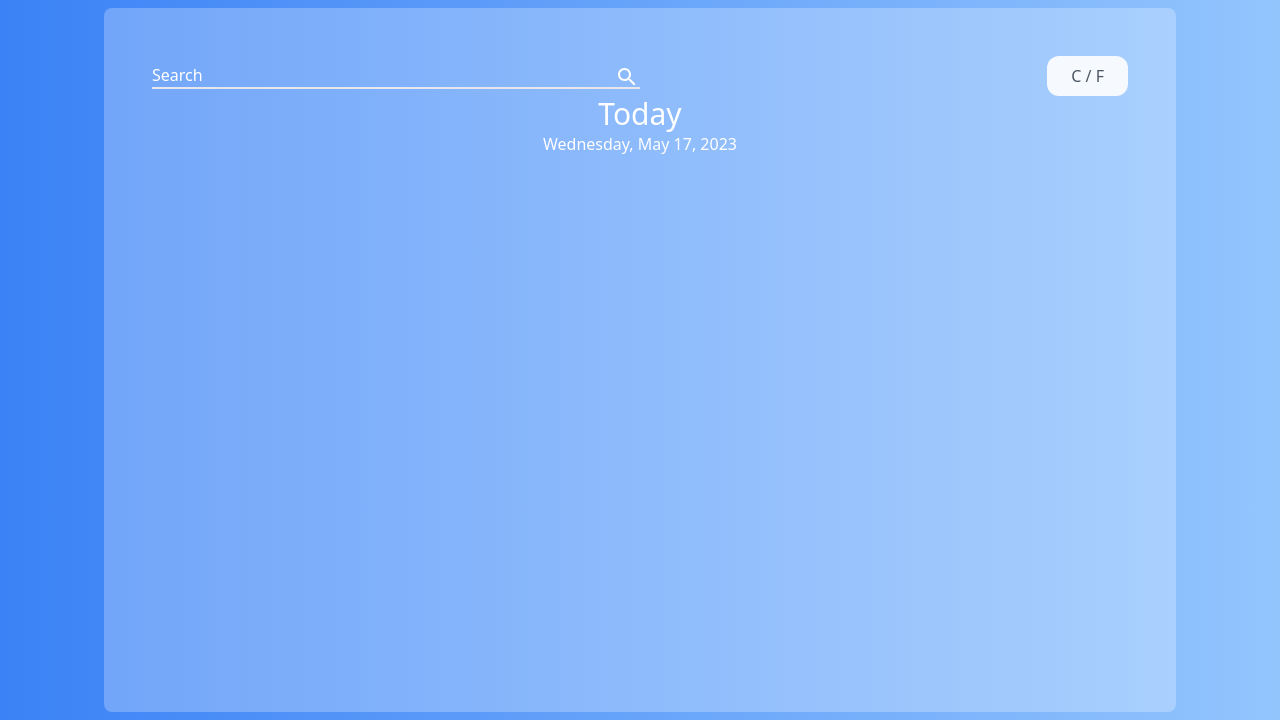
Repository: DevAntonioRogers/react-weatherapp-v2
Page: /
The author's editor kept a copy of each file at every save. The page is drawn from the files as they stood at one save, then again after the next save.
The browser window is 1280 px wide. The pictures show the whole page.
The project was rebuilt for these pictures with package versions that can differ from the ones it lists, and the page was loaded fresh each time. The framework's server and built-in components were replaced by stand-ins that run in the browser. Also part of the build but not shown: next.config.js.

Above is the page before, as saved 2023-05-20 00:00:27.

### app/layout.tsx
import "./globals.css";
import { Inter } from "next/font/google";

export const metadata = {
  title: "Create Next App",
  description: "Generated by create next app",
};

export default function RootLayout({ children }: { children: React.ReactNode }) {
  return (
    <html lang="en">
      <body>{children}</body>
    </html>
  );
}

### app/page.tsx
"use client";

import Conversion from "./components/Conversion";
import Current from "./components/Current";
import Input from "./components/Input";

import { useState } from "react";

export default function Home() {
  const [data, setData] = useState({});
  const [location, setLocation] = useState("");
  const [error, setError] = useState("");

  const url = `http://api.weatherapi.com/v1/forecast.json?key=538023bd3c43455084733202231905&q=${location}&days=7&aqi=yes&alerts=yes
  `;

  const handleSearch = async (e) => {
    if (e.key === "Enter") {
      e.preventDefault();
      try {
        const response = await fetch(url);
        if (!response.ok) {
          throw new Error();
        }
        const data = await response.json();
        setData(data);
        setLocation("");
        setError("");
      } catch (error) {
        setError("City not found");
        setData({});
      }
    }
  };

  return (
    <div className="flex justify-center p-2 bg-cover h-screen bg-gradient-to-r from-blue-500 to-blue-300">
      <div className="bg-white/25 mx-24 w-full rounded-lg p-12 flex flex-col">
        {/* SEARCH AND DEGREE CONVERSION */}
        <div className="flex justify-between items-center">
          <Input handleSearch={handleSearch} location={location} setLocation={setLocation} />
          <Conversion />
        </div>

        {/* CURRENT WEATHER SECTION */}
        <Current data={data} />
      </div>
    </div>
  );
}

### app/components/Conversion.tsx
import React from "react";

const Conversion = () => {
  return (
    <div className="">
      <button className="rounded-xl bg-white/90 px-6 py-2 text-gray-600">C / F</button>
    </div>
  );
};

export default Conversion;

### app/components/Current.tsx
import { getCurrentDate } from "../utils/currentDate";
import LocationOnIcon from "@mui/icons-material/LocationOn";

const Current = ({ data }) => {
  const weatherIcon = data.current ? data.current.condition.icon : null;
  const currentDate = getCurrentDate();
  return (
    <div className="flex flex-col items-center gap-2">
      <div className="flex items-center">
        <div className="text-center">
          <h1 className="text-3xl text-white">Today</h1>
          <p className="text-white">{currentDate}</p>
        </div>
        {weatherIcon && (
          <div>
            <img className="w-[90px] object-cover" src={weatherIcon} alt="Weather Icon" />
          </div>
        )}
      </div>
      <div>
        {data.current ? (
          <p className="text-5xl text-white">
            {data.current.temp_f.toFixed()}
            <span>°</span>
          </p>
        ) : null}
        {data.current ? <span className="text-2xl text-center">{data.current.condition.text}</span> : null}
      </div>
      <div>
        {data.location ? (
          <div className="flex items-center text-black bg-white/90 px-2 py-2 rounded-xl">
            <LocationOnIcon />
            <span>
              {data.location.name}, {data.location.region}
            </span>
          </div>
        ) : null}
      </div>
    </div>
  );
};

export default Current;

### app/components/Input.tsx
"use client";

import SearchIcon from "@mui/icons-material/Search";

const Input = ({ handleSearch, setLocation, location }) => {
  return (
    <form className="flex items-center w-2/4">
      <input
        type="text"
        className="w-full bg-transparent border-b-2 placeholder-white outline-none text-white"
        placeholder="Search"
        onKeyDown={handleSearch}
        onChange={(e) => setLocation(e.target.value)}
      />
      <div className="ml-[-25px] text-white cursor-pointer">
        <SearchIcon />
      </div>
    </form>
  );
};

export default Input;

### app/utils/currentDate.tsx
export const getCurrentDate = () => {
  const currentDate = new Date().toLocaleDateString("en-US", {
    weekday: "long",
    year: "numeric",
    month: "long",
    day: "numeric",
  });
  return currentDate;
};

Loaded but not shown: app/globals.css (common file); tailwind.config.js (common file)

After the next save:
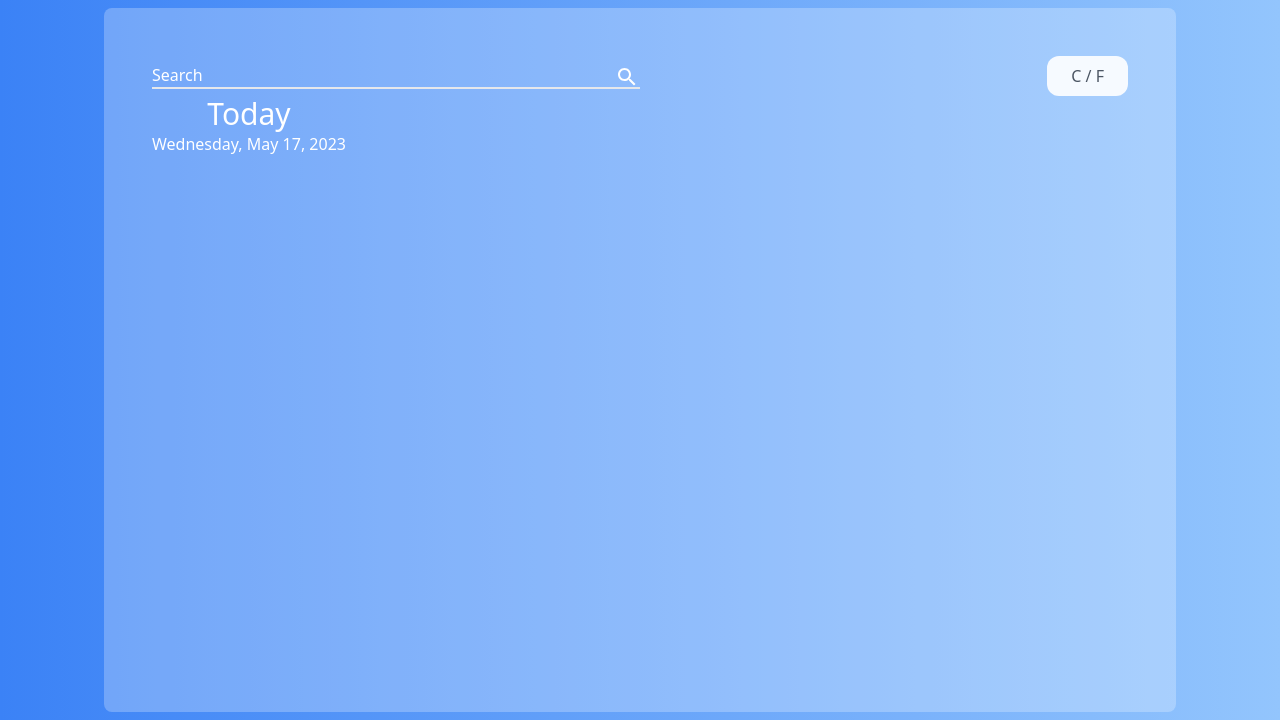
Saved 43 s later.
--- a/app/components/Current.tsx
+++ b/app/components/Current.tsx
@@ -5,7 +5,7 @@
   const weatherIcon = data.current ? data.current.condition.icon : null;
   const currentDate = getCurrentDate();
   return (
-    <div className="flex flex-col items-center gap-2">
+    <div className="flex flex-col  gap-2">
       <div className="flex items-center">
         <div className="text-center">
           <h1 className="text-3xl text-white">Today</h1>

After the save that followed:
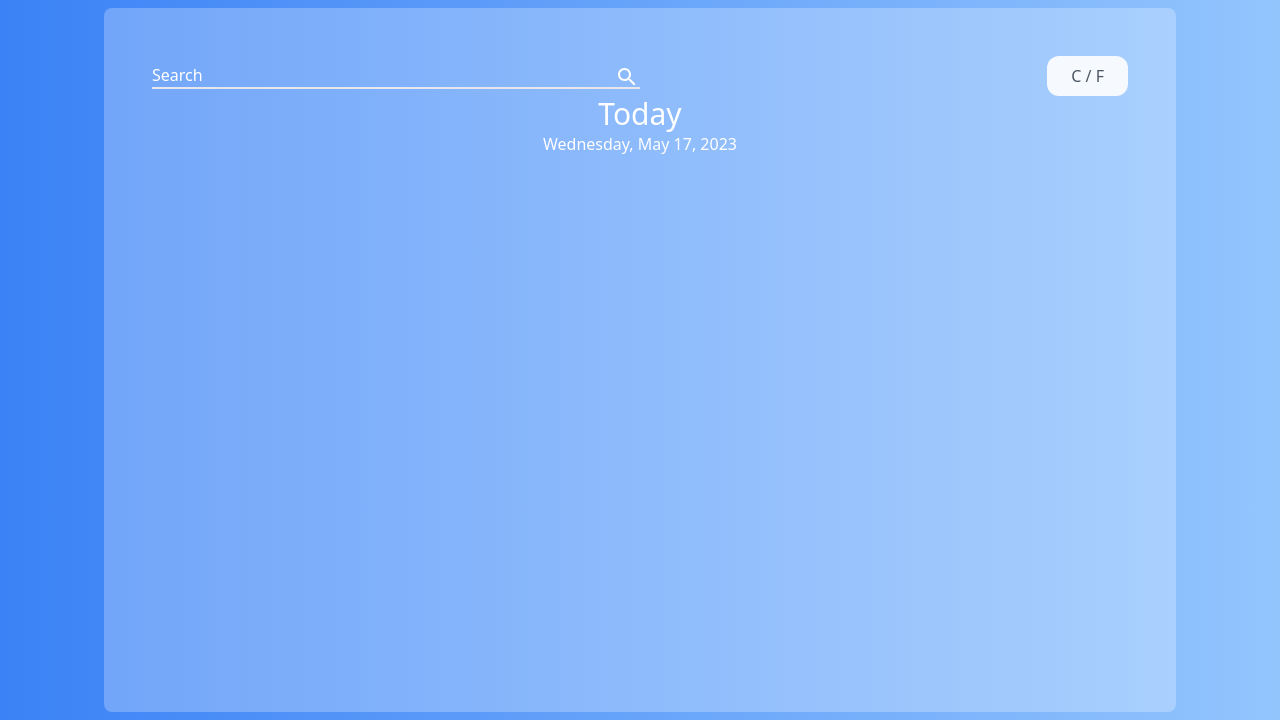
Saved 17 s later.
--- a/app/components/Current.tsx
+++ b/app/components/Current.tsx
@@ -5,7 +5,7 @@
   const weatherIcon = data.current ? data.current.condition.icon : null;
   const currentDate = getCurrentDate();
   return (
-    <div className="flex flex-col  gap-2">
+    <div className="flex flex-col items-center justify-start gap-2">
       <div className="flex items-center">
         <div className="text-center">
           <h1 className="text-3xl text-white">Today</h1>
